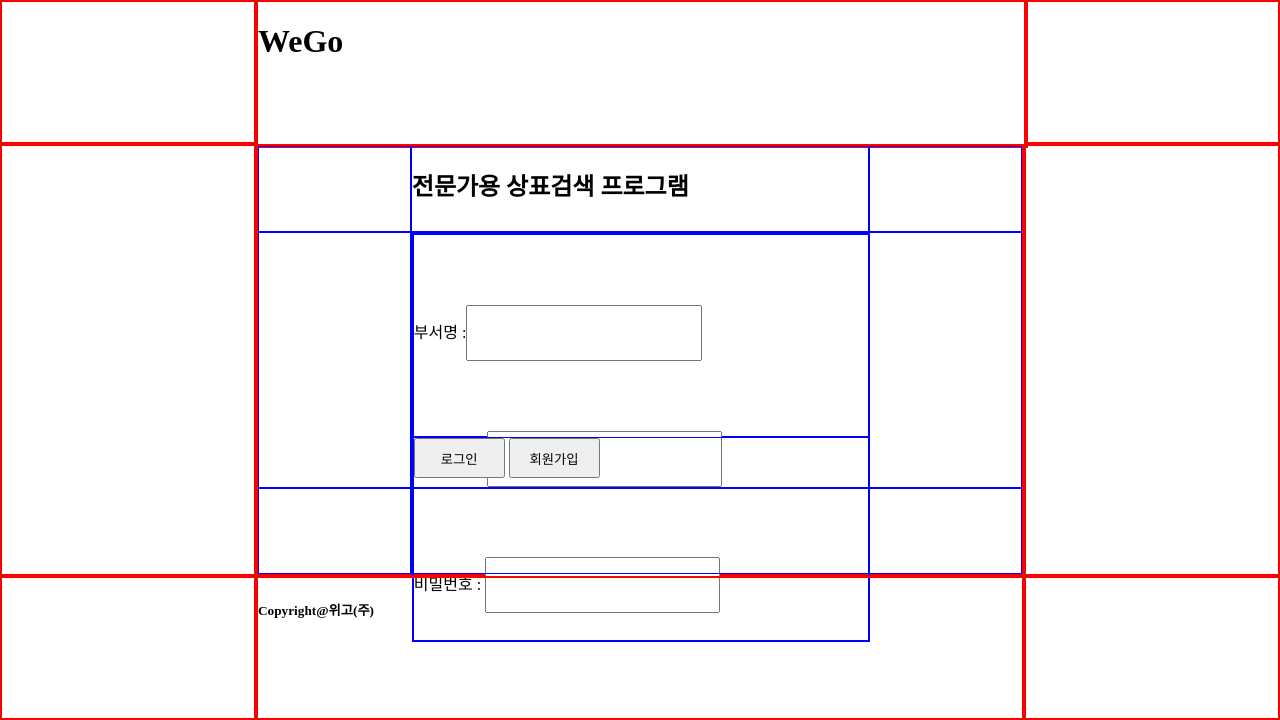
Repository: hamuse/wego1
Page: http://localhost/teamW1/facade.do
The author's editor kept a copy of each file at every save. The page is drawn from the files as they stood at one save, then again after the next save.
The browser window is 1280 px wide. The pictures show the whole page.
Some web libraries are served in a nearby version. The page is served by Tomcat 9. Other server files are loaded and not shown.

Above is the page before, as saved 2019-10-07 11:21:42.

### teamW1/WebContent/WEB-INF/views/facade/main.jsp
<%@ page language="java" contentType="text/html; charset=UTF-8"
   pageEncoding="UTF-8"%>
<%@ taglib prefix="c" uri="http://java.sun.com/jsp/jstl/core" %>
<jsp:include page="../common/head.jsp"/>
<div class="container">
<div ></div><div class="div2"><h2>전문가용 상표검색 프로그램</h2></div><div></div>
<div></div>

<div class="div5">
<c:choose>
    <c:when test="${page eq 'login'}">
    <jsp:include page="login.jsp"/>
    </c:when>
    <c:when test="${page eq 'join'}">
    <jsp:include page="join.jsp"/>
    </c:when>
</c:choose>
</div>
<div></div><div></div><div class="div8"></div><div></div>
</div>
<jsp:include page="../common/foot.jsp"/>

### teamW1/WebContent/WEB-INF/views/common/head.jsp
<%@ page language="java" contentType="text/html; charset=UTF-8"
    pageEncoding="UTF-8"%>
<!doctype html>
<html lang="en">
<head>
	<meta charset="UTF-8" />
	<title>Document</title>
	<script src='http://ajax.googleapis.com/ajax/libs/jquery/1.11.3/jquery.min.js'></script>
	<script src="${js}/app.js"></script>
	<link rel="stylesheet" type="text/css" href="${css}/style.css"></link>
</head>
<body>
<div class="wrapper" style="width: 100%; height:100%">
<div></div><div id="wego"><h1>WeGo</h1></div><div></div>
<div></div>

### teamW1/WebContent/WEB-INF/views/facade/login.jsp
<%@ page language="java" contentType="text/html; charset=UTF-8"
   pageEncoding="UTF-8"%>
<form >
<div id="login_form">
<div >
  부서명 :<input id="d_Name" class="input_text" type="text" name="dName"/><br/>
  사용자ID : <input id="userName" class="input_text" type="text" name="empNo"/><br/>
  비밀번호 : <input id="userPw" class="input_text" type="text" name="eName"/><br/>
</div>
<div >
    <input type="hidden" name="action" value="login" />
    <input type="hidden" name="page" value="mypage" />
    <input id="login_btn" type="button" value="로그인"/>
    <input id="join_btn" type="button" value="회원가입"/>
</div>
</div>
</form>
<script>

app.init('${ctx}');
</script>

### teamW1/WebContent/WEB-INF/views/common/foot.jsp
<%@ page language="java" contentType="text/html; charset=UTF-8"
    pageEncoding="UTF-8"%>

<div></div><div></div><div><h5>Copyright@위고(주)</h5></div>
<div></div>

</body>
</html>

### teamW1/src/com/web/team1/controllers/FacadeController.java
package com.web.team1.controllers;

import java.io.IOException;
import javax.servlet.ServletException;
import javax.servlet.annotation.WebServlet;
import javax.servlet.http.HttpServlet;
import javax.servlet.http.HttpServletRequest;
import javax.servlet.http.HttpServletResponse;

import com.web.team1.pool.Constants;

@WebServlet("/facade.do")
public class FacadeController extends HttpServlet {
	private static final long serialVersionUID = 1L;

	enum Resources {
		CTX, CSS, JS, IMG
	}
	protected void service(HttpServletRequest request, HttpServletResponse response) throws ServletException, IOException {
		for(Resources r : Resources.values()) {
			System.out.println("퍼사드>>>>>"+r.toString().toLowerCase());
//			    request.getSession().setAttribute(r.toString().toLowerCase(), request.getContextPath()+"/resources/"+r.toString().toLowerCase());
			    request.getSession().setAttribute(r.toString().toLowerCase(), request.getContextPath()+((r.toString().toLowerCase().equals("ctx"))
			    		?"" : "/resources/"+r.toString().toLowerCase()));
		}
		if(request.getParameter("page")==(null)) {
		request.setAttribute("page","login");
	}else {
		request.setAttribute("page", request.getParameter("page"));
		}
	request.getRequestDispatcher(
				String.format(Constants.DOUBLE_PATH,
						request.getServletPath().substring(1,request.getServletPath().indexOf(".")),
						"main"))
		.forward(request,response);
//		System.out.println("야 퍼사드로 들어오냥?");
//		 request
//		  .getRequestDispatcher(
//				  String.format(Constants.DOUBLE_PATH,request.getServletPath().substring(1,request.getServletPath().indexOf(".")),
//						  "login"))
//		  .forward(request, response);

	}
}

### teamW1/WebContent/resources/js/app.js
var app= (()=>{
    return{
        init : (ctx)=>{
            $('#login_btn').click(()=>{
                alert('로그인!!!!!!');
                location.assign(ctx+'/login.do?action=login&page=mypage');
            });
            $('#join_btn').click(()=>{
                alert('회원가입 이동');
                location.assign(ctx+'/facade.do?action=move&page=join');
            });
            btn.login2(ctx);
            btnjoin.joinbtn(ctx);
        }

    };
})();
var member = (()=>{
    var _dName,_deptNo,_eName,_empNo,_dName,_job,_mgr,_hireDate,_comm;
    var setEmpNo = (empNo)=>{this._empNo = empNo;}
    var setEName = (eName)=>{this._eName = eName;}
    var setDName = (dName)=>{this._dName = dName;}
    var getEmpNo = ()=>{return this._setEmpNo;}
    var getEName = ()=>{return this._setEName;}
    var getDName = ()=>{return this._setDName;}
    return{
        setEmpNo : setEmpNo,setEName : setEName,setDName : setDName,
        getEmpNo : getEmpNo,getEName : getEName,getDName : getDName
    };
})();
var btn= (()=>{
	return{
		 login2 : (ctx)=>{
			   $('#login_btn').click(()=>{
	            	if($('#d_Name').val()===''||$('#empNo').val()===''||
	            			$('#eName').val()===''){
	            		alert('필수값이 없습니다')}
	            		else{
	            			alert('입력한 아이디 값: '+$('#empNo').val());
	            			$('#login_form')
	            			$('#login_form').attr('action', ctx+'/login.do');
	            			$('#login_form').attr('method','POST');
	            			$('#login_form').submit();
	            		}
	            });
		 }
	};
})();

var btnjoin=(()=>{
	return{
		joinbtn : (ctx)=>{
			$('#join_btn1').click(()=>{
				alert('회원가입!!!됐냐?!!!');
				$('#join_form').attr('action',ctx+'/login.do');
				$('#join_form').submit();

			});
		}
	};
})();

### teamW1/WebContent/resources/css/style.css
@charset "UTF-8";
html, body{
	margin: 0;
	height: 100%;
	overflow: hidden;
}
.wrapper{
	display: grid;
	width: 100%
	height: 100%;
	grid-template-columns: 20% 60% 20%;
	grid-template-rows: 20% 60% 20%;
}
.wrapper div{
	border: 2px solid red;
}
.container{
	display: grid;
	width: 100%
	height: 100%;
	grid-template-columns: 20% 60% 20%;
	grid-template-rows: 20% 60% 20%;
	border : 1px solid blue;
}
.container div{
	border : 1px solid blue;
}
#login_tab{
	display: grid;
	width: 100%
	height: 80%
	grid-template-columns: 50% 50%;
	grid-template-rows: 50% 50%;
	margin: 0 auto;
	padding-top: 50px;
}
#join_form{width: 100%; height: 100%}
#login_form{
	display: grid;
	width: 100%;
	height: 100%;
	grid-template-rows: 50% 50%;
}
#login_form div{1px solid black}
#login_tab div{border : 1px solid black;}
.login_tab_item_1{


}

#wego{width: 100%;height: 100%;}
#login_btn{width: 20%; height: 20%}
#join_btn{width: 20%; height: 20%}
.input_text{width: 50%; height: 50px; margin-top: 70px}

After the next save:
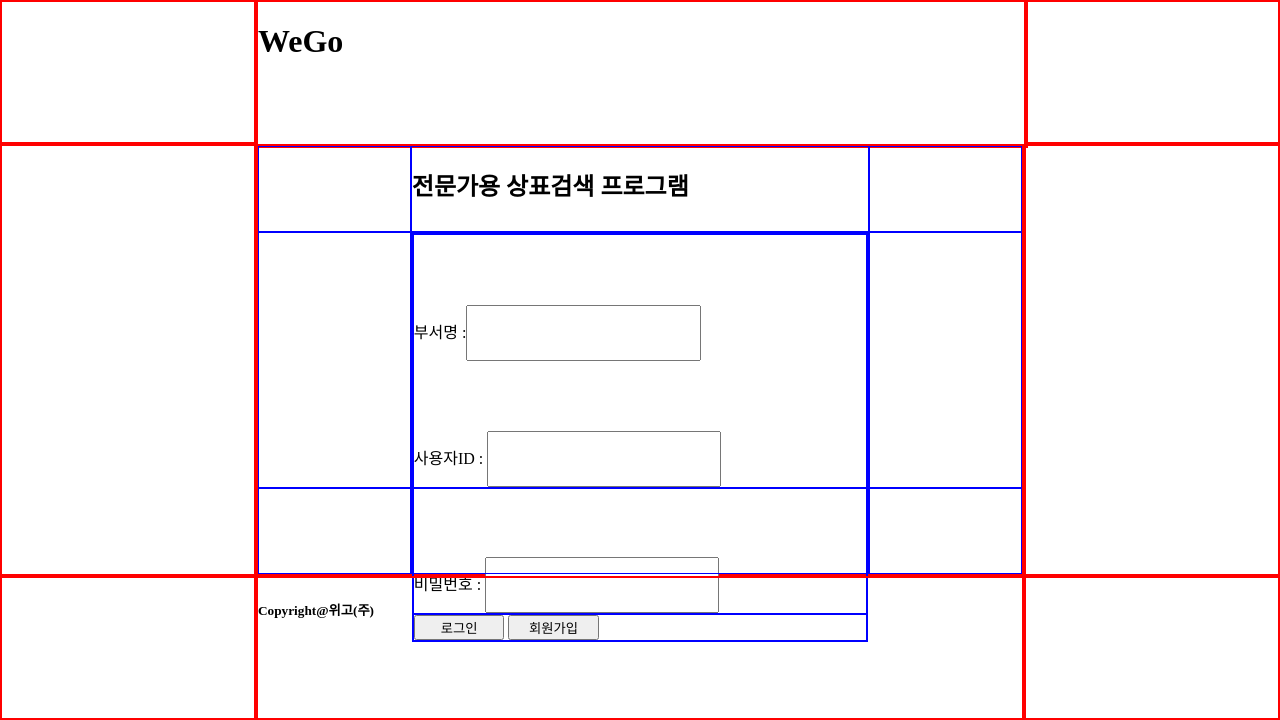
Saved 12 s later.
--- a/teamW1/WebContent/WEB-INF/views/facade/login.jsp
+++ b/teamW1/WebContent/WEB-INF/views/facade/login.jsp
@@ -1,7 +1,7 @@
 <%@ page language="java" contentType="text/html; charset=UTF-8"
    pageEncoding="UTF-8"%>
 <form >
-<div id="login_form">
+<div >
 <div >
   부서명 :<input id="d_Name" class="input_text" type="text" name="dName"/><br/>
   사용자ID : <input id="userName" class="input_text" type="text" name="empNo"/><br/>
